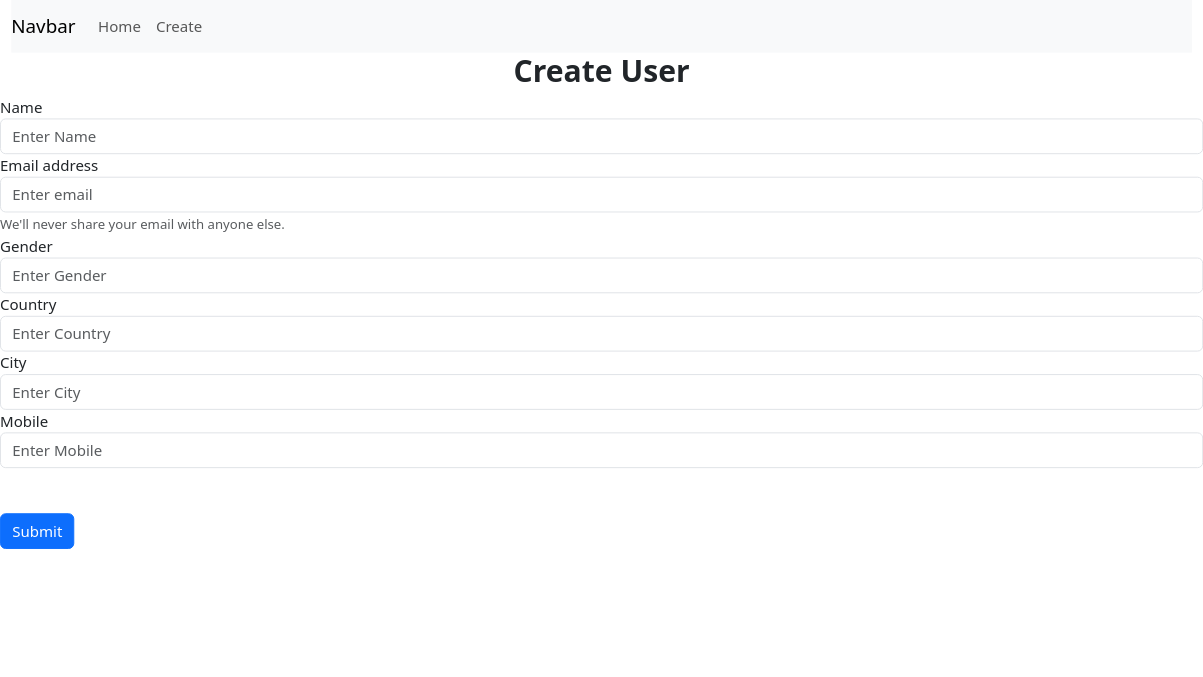
Repository: muzthy8/crud
Page: HTML/Create.html
The author's editor kept a copy of each file at every save. The page is drawn from the files as they stood at one save, then again after the next save.
The browser window is 1280 px wide. The pictures show the whole page, at 94% of full size.

Above is the page before, as saved 2023-07-06 12:01:28.
Console error: TypeError: document.forms is not a function

### HTML/Create.html
<!DOCTYPE html>
<html lang="en">
<head>
    <meta charset="UTF-8">
    <meta http-equiv="X-UA-Compatible" content="IE=edge">
    <meta name="viewport" content="width=device-width, initial-scale=1.0">
    <title>Create.User</title>

    <link href="https://cdn.jsdelivr.net/npm/bootstrap@5.3.0/dist/css/bootstrap.min.css" rel="stylesheet" integrity="sha384-9ndCyUaIbzAi2FUVXJi0CjmCapSmO7SnpJef0486qhLnuZ2cdeRhO02iuK6FUUVM" crossorigin="anonymous">

</head>
<body>
    <div class="container-fluid">
        <nav class="navbar navbar-expand-lg navbar-light bg-light">
            <a class="navbar-brand" href="#">Navbar</a>
            <button class="navbar-toggler" type="button" data-toggle="collapse" data-target="#navbarNav" aria-controls="navbarNav" aria-expanded="false" aria-label="Toggle navigation">
              <span class="navbar-toggler-icon"></span>
            </button>
            <div class="collapse navbar-collapse" id="navbarNav">
              <ul class="navbar-nav">
                <li class="nav-item active">
                  <a class="nav-link" href="./../index.html">Home </a>
                </li>
                <li class="nav-item">
                  <a class="nav-link" href="./create.html">Create</a>
                </li>
              </ul>
            </div>
          </nav>
    </div>
    <div> <h2 style="text-align: center;"> <b> Create User </b> </h2> </div>
    <form name="createform" action="" method="post">
      <div class="form-group">
        <label for="exampleInputEmail1">Name</label>
        <input type="text" class="form-control" id="name" placeholder="Enter Name">
      </div>
      <div class="form-group">
        <label for="exampleInputEmail1">Email address</label>
        <input type="email" class="form-control" id="email" id="exampleInputEmail1" aria-describedby="emailHelp" placeholder="Enter email">
        <small id="emailHelp" class="form-text text-muted">We'll never share your email with anyone else.</small>
      </div>
      <div class="form-group">
        <label for="exampleInputEmail1">Gender</label>
        <input type="text" class="form-control" id="gender" placeholder="Enter Gender">
      </div>
      <div class="form-group">
        <label for="exampleInputEmail1">Country</label>
        <input type="text" class="form-control" id="country" placeholder="Enter Country">
      </div>
      <div class="form-group">
        <label for="exampleInputEmail1">City</label>
        <input type="text" class="form-control" id="city" placeholder="Enter City">
      </div>
      <div class="form-group">
        <label for="exampleInputEmail1">Mobile</label>
        <input type="text" class="form-control" id="mobile" placeholder="Enter Mobile">
      </div>

      <!-- <div class="form-group">
        <label for="exampleInputPassword1">Password</label>
        <input type="password" class="form-control" id="exampleInputPassword1" placeholder="Password">
      </div>
      <div class="form-check">
        <input type="checkbox" class="form-check-input" id="exampleCheck1">
        <label class="form-check-label" for="exampleCheck1">Check me out</label>
      </div> -->
      <br><br>

      <button type="submit" name="submit" class="btn btn-primary">Submit</button>
    </form>
    <script src="./../JS/create.js"></script>

</body>
</html>

### JS/create.js
const url= 'https://648343d1f2e76ae1b95c3956.mockapi.io/users'

let myform = document.forms('createform')


myform.addEventListener('submit',async(e)=>{
    e.preventDefault()

    let data = {
       name:myform.name.value,
       email:myform.email.value,
       gender:myform.gender.value,
       country:myform.country.value,
       city:myform.city.value,
       mobile:myform.mobile.value,

    }

    let res = await fetch(url,{
        headers:{
            "Content-Type":"application/jsons"
        },
        method:"POST",
        body:JSON.stringify(data)

    })

    window.location.href='/'

})

After the next save:
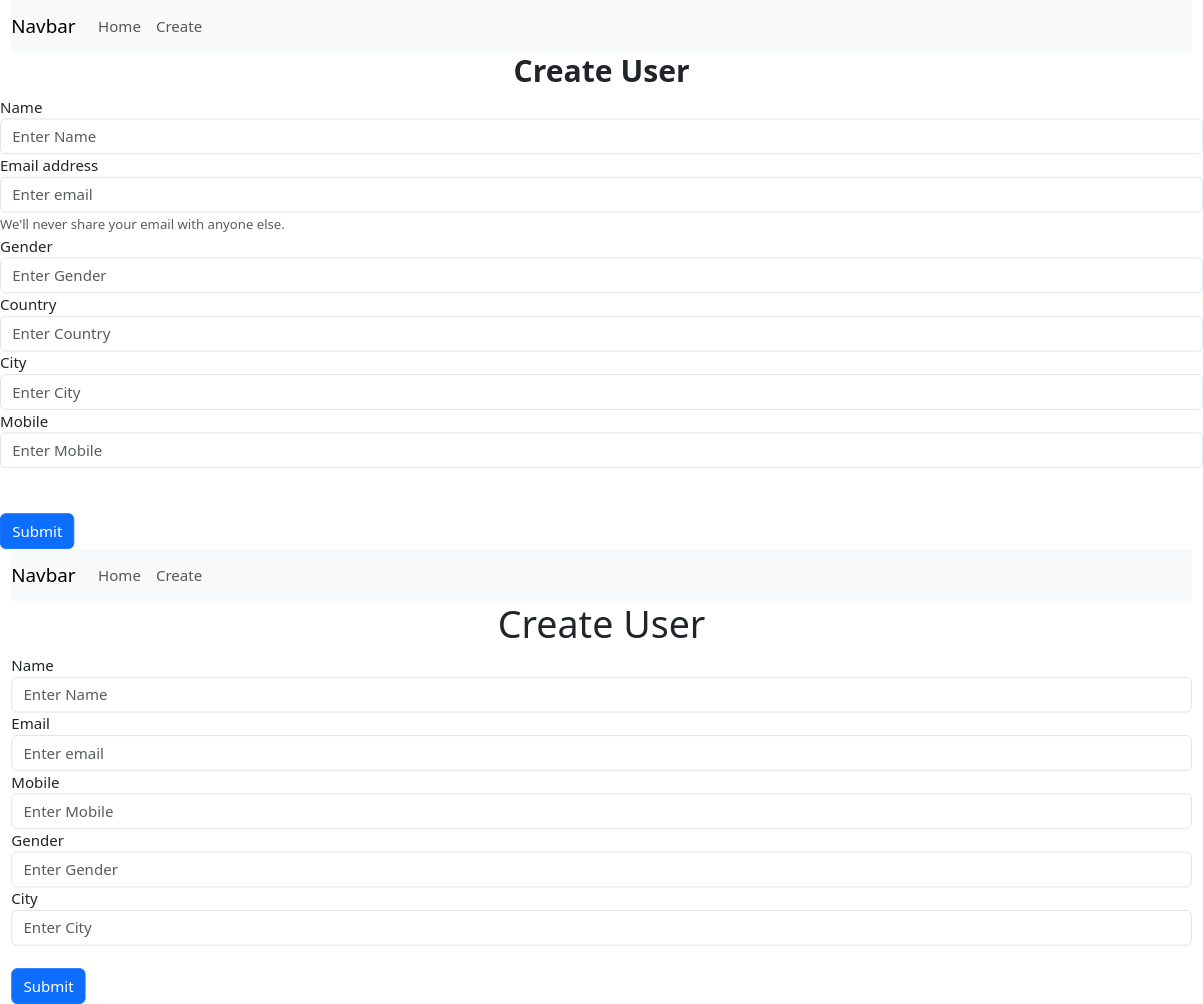
Saved 7 s later.
--- a/HTML/Create.html
+++ b/HTML/Create.html
@@ -72,3 +72,63 @@
 
 </body>
 </html>
+
+<!DOCTYPE html>
+<html lang="en">
+<head>
+    <meta charset="UTF-8">
+    <meta http-equiv="X-UA-Compatible" content="IE=edge">
+    <meta name="viewport" content="width=device-width, initial-scale=1.0">
+    <title>Create User</title>
+    <link href="https://cdn.jsdelivr.net/npm/bootstrap@5.3.0/dist/css/bootstrap.min.css" rel="stylesheet" integrity="sha384-9ndCyUaIbzAi2FUVXJi0CjmCapSmO7SnpJef0486qhLnuZ2cdeRhO02iuK6FUUVM" crossorigin="anonymous">
+
+</head>
+<body>
+    <div class="container-fluid">
+        <nav class="navbar navbar-expand-lg navbar-light bg-light">
+            <a class="navbar-brand" href="#">Navbar</a>
+            <button class="navbar-toggler" type="button" data-toggle="collapse" data-target="#navbarNav" aria-controls="navbarNav" aria-expanded="false" aria-label="Toggle navigation">
+              <span class="navbar-toggler-icon"></span>
+            </button>
+            <div class="collapse navbar-collapse" id="navbarNav">
+              <ul class="navbar-nav">
+                <li class="nav-item active">
+                  <a class="nav-link" href="./../index.html">Home</a>
+                </li>
+                <li class="nav-item">
+                  <a class="nav-link" href="./create.html">Create</a>
+                </li>
+              </ul>
+            </div>
+          </nav>
+          <h1 style="text-align: center;">Create User</h1>
+
+          <form name="createForm" action="" method="post" id="createForm">
+            <div class="form-group">
+                <label for="exampleInputEmail1">Name</label>
+                <input type="text" class="form-control" id="name" placeholder="Enter Name">
+            </div>
+            <div class="form-group">
+              <label for="exampleInputEmail1">Email</label>
+              <input type="email" class="form-control"  id="email" placeholder="Enter email">
+            </div>
+            <div class="form-group">
+                <label for="exampleInputEmail1">Mobile</label>
+                <input type="text" class="form-control" id="mobile" placeholder="Enter Mobile">
+            </div>
+            <div class="form-group">
+                <label for="exampleInputEmail1">Gender</label>
+                <input type="text" class="form-control" id="gender" placeholder="Enter Gender">
+            </div>
+
+            <div class="form-group">
+                <label for="exampleInputEmail1">City</label>
+                <input type="text" class="form-control" id="city" placeholder="Enter City">
+            </div>
+            <br>
+            <button type="submit" name="submit" class="btn btn-primary">Submit</button>
+          </form>
+    </div>
+    <script src="./../JS/create.js"></script>
+</body>
+</html>
